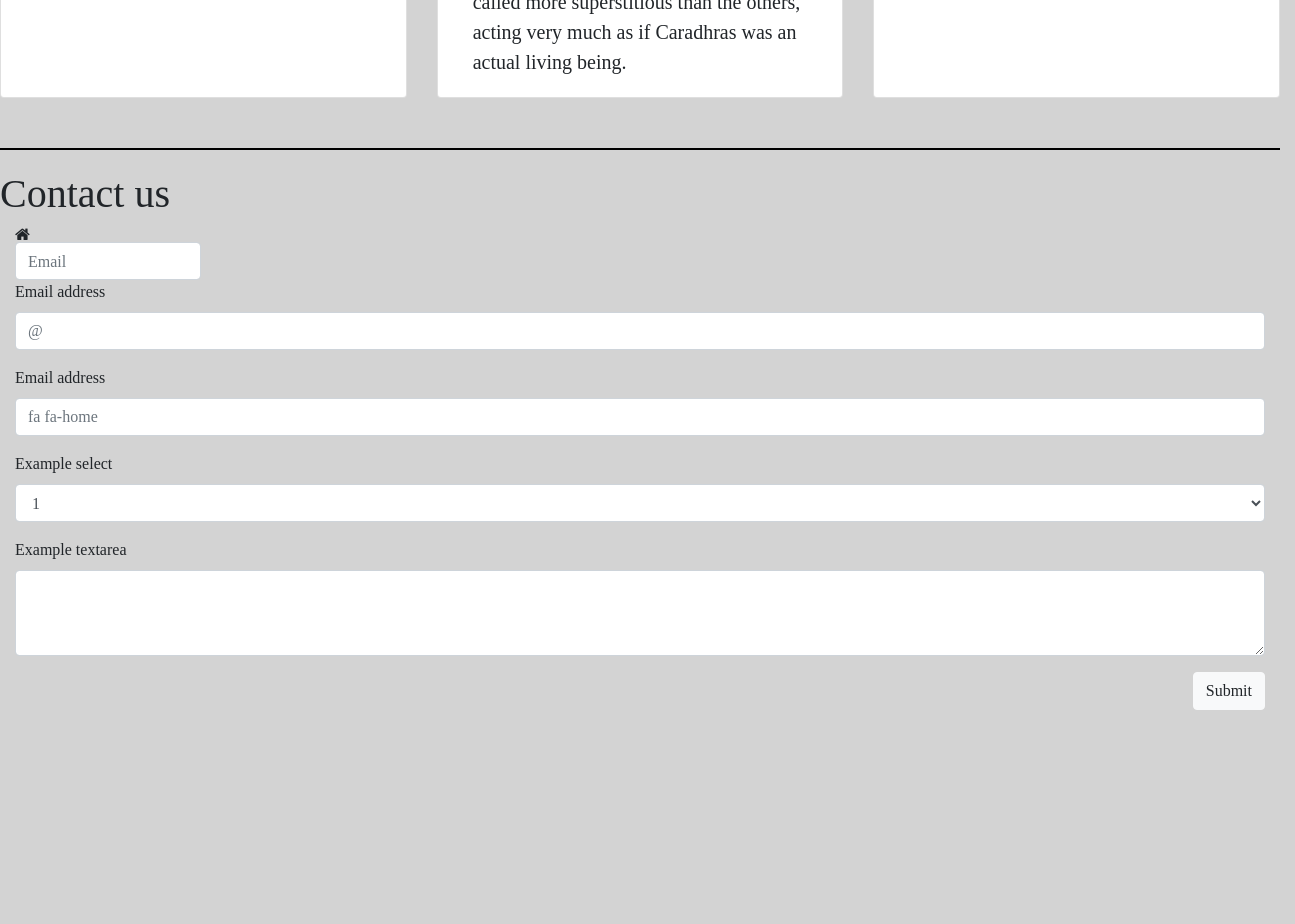
Repository: Khaleddwm/FindThePrecious
Page: index.html
An editor plug-in stored every save of this project. The page is shown before and after the next save, followed by the edit.
The browser window is 1280 px wide. The page is 1295 px wide, so the pictures cover 1295 px, including what lies to the right of the window. The pictures show the part of the page from y = 1762 to 2686 px (the page is 2686 px tall before and 2632 px after).
Some web fonts or font styles are not loaded; a fallback is used.

Above is the page before, as saved 2020-05-24 22:31:28.

After the next save:
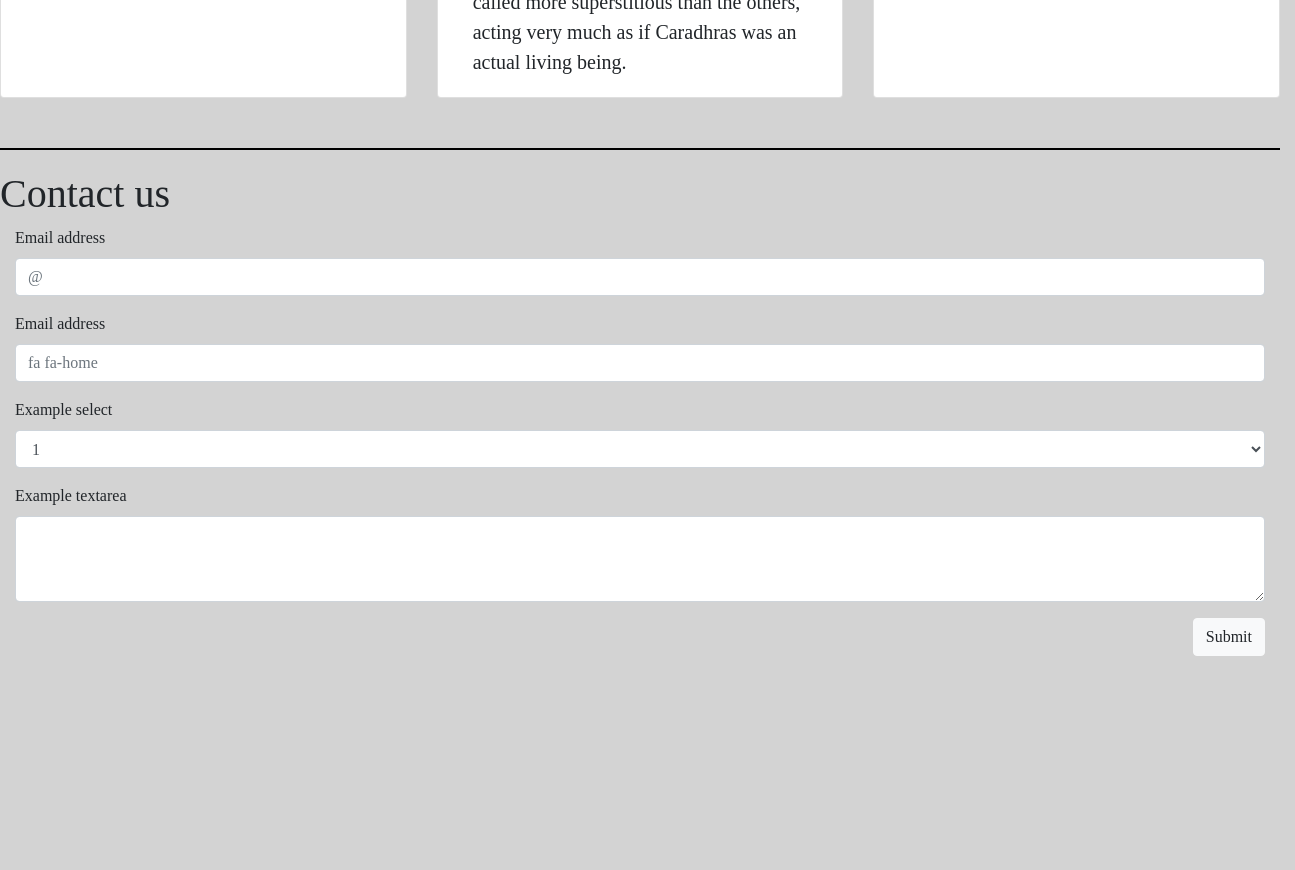
Saved 22 s later.
--- a/index.html
+++ b/index.html
@@ -109,11 +109,6 @@
     <div class="form">
         <h1>Contact us</h1>
         <form class="container-fluid">
-            <div class="input-group">
-                <i class="fa fa-home">
-                <input id="email" type="text" class="form-control" name="email" placeholder="Email">
-            </i>
-        </div>
             <div class="form-group">
                 <label for="email">Email address</label>
                 <input type="email" class="form-control" id="email" placeholder="@">
